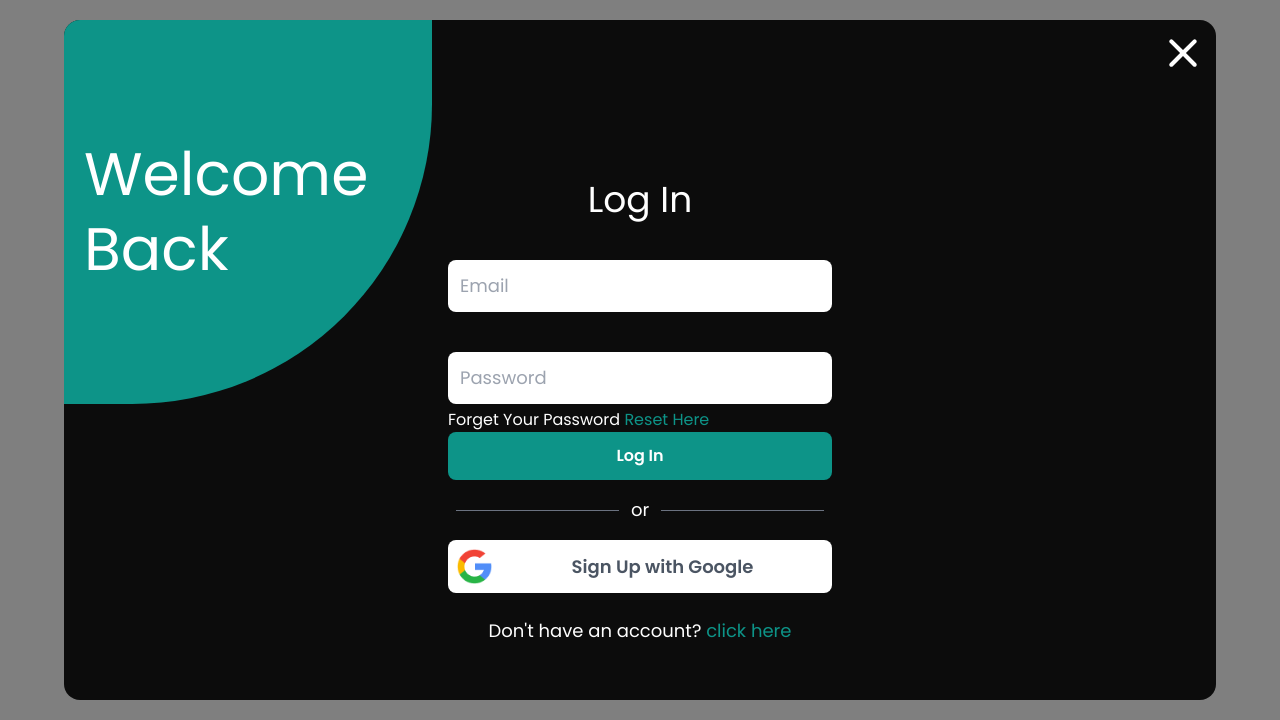
Repository: Ahmed77669/GT-Exams
Page: /
An editor plug-in stored every save of this project. The page is shown before and after the next save, followed by the edit.
The browser window is 1280 px wide. The pictures show the whole page.
The project was rebuilt for these pictures with package versions that can differ from the ones it lists, and the page was loaded fresh each time. The framework's server and built-in components were replaced by stand-ins that run in the browser. Also part of the build but not shown: next.config.mjs.

Above is the page before, as saved 2024-10-04 21:23:48.

After the next save:
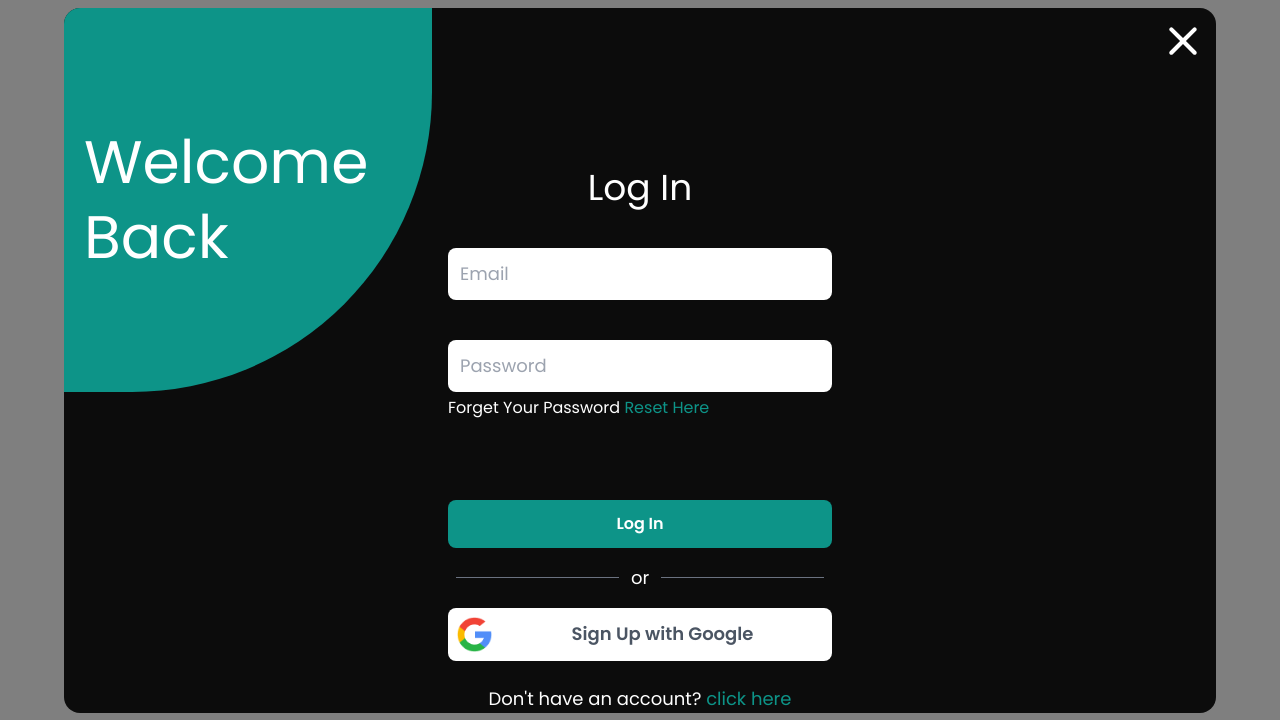
Saved 23 s later.
--- a/components/login.tsx
+++ b/components/login.tsx
@@ -61,7 +61,7 @@ const Login: React.FC<LoginProps> = ({ closeSignup, toggleForm }) => {
                     required
 
                   />
-                  <div className='flex justify-start w-full'>
+                  <div className='flex justify-start w-full mb-20'>
                                     <p className="text-m">
                     Forget Your Password{" "}
                     <span
